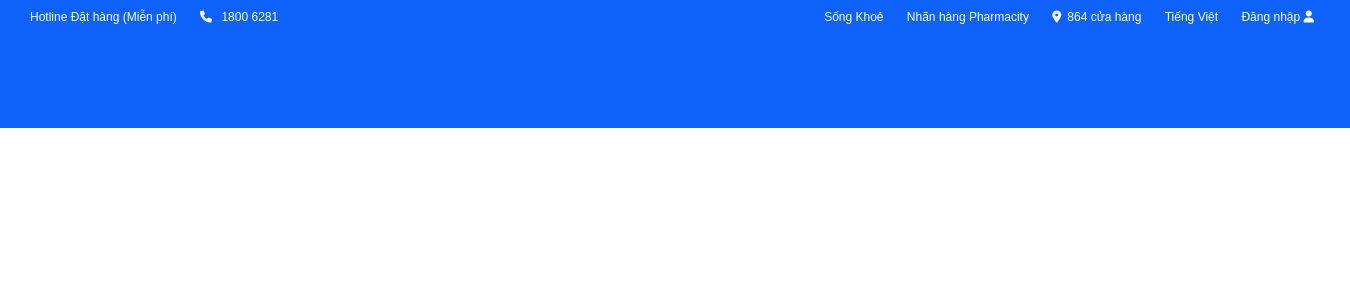
Repository: CGAnVil/case-module3-nhom6
Page: src/main/webapp/index.html
An editor plug-in stored every save of this project. The page is shown before and after the next save, followed by the edit.
The browser window is 1280 px wide. The page is 1350 px wide, so the pictures cover 1350 px, including what lies to the right of the window. The pictures show the whole page.

Above is the page before, as saved 2022-03-08 16:04:39.

### src/main/webapp/index.html
<!DOCTYPE html>
<html lang="en">

<head>
    <meta charset="UTF-8">
    <meta http-equiv="X-UA-Compatible" content="IE=edge">
    <meta name="viewport" content="width=device-width, initial-scale=1.0">
    <link rel="stylesheet" href="https://cdnjs.cloudflare.com/ajax/libs/font-awesome/6.0.0/css/all.min.css" integrity="sha512-9usAa10IRO0HhonpyAIVpjrylPvoDwiPUiKdWk5t3PyolY1cOd4DSE0Ga+ri4AuTroPR5aQvXU9xC6qOPnzFeg==" crossorigin="anonymous" referrerpolicy="no-referrer">
    <link rel="stylesheet" href="./style.css">
    <title>Document</title>
</head>

<body>
    <div class="container">
        <div class="header">
            <div class="header-top">
                <div class="header-top-left">
                    <a href="#">Hotline Đặt hàng (Miễn phí)</a>
                    <a href="tel: 1800 6281">
                        <i class="fa-solid fa-phone"></i> 1800 6281
                    </a>
                </div>
                <div class="header-top-right">
                    <a href="#">Sống Khoẻ</a>
                    <a href="#">Nhãn hàng Pharmacity</a>
                    <a href="#">
                        <i class="fa-solid fa-location-dot"></i>864 cửa hàng
                    </a>
                    <a href="#">Tiếng Việt</a>
                    <a href="#">
                    Đăng nhập
                    <i class="fa-solid fa-user"></i>
                </a>
                </div>
            </div>
            <div class="header-middle"></div>
            <div class="header-bottom"></div>
        </div>
    </div>
</body>

</html>

### src/main/webapp/style.css
* {
    padding: 0;
    margin: 0;
    box-sizing: border-box;
}

body {
    font-family: sans-serif;
}

a {
    text-decoration: none;
}

.header {
    background: #0f62f9;
    width: 1350px;
    height: 128px;
    font-size: 12px;
}

.header-top {
    display: flex;
    justify-content: space-between;
    align-items: center;
    padding: 10px 20px;
}

.header .header-top a {
    color: #fff;
    padding: 10px;
}

.header .header-top a i {
    padding-right: 6px;
}

.header-top-left {
    display: block;
}

After the next save:
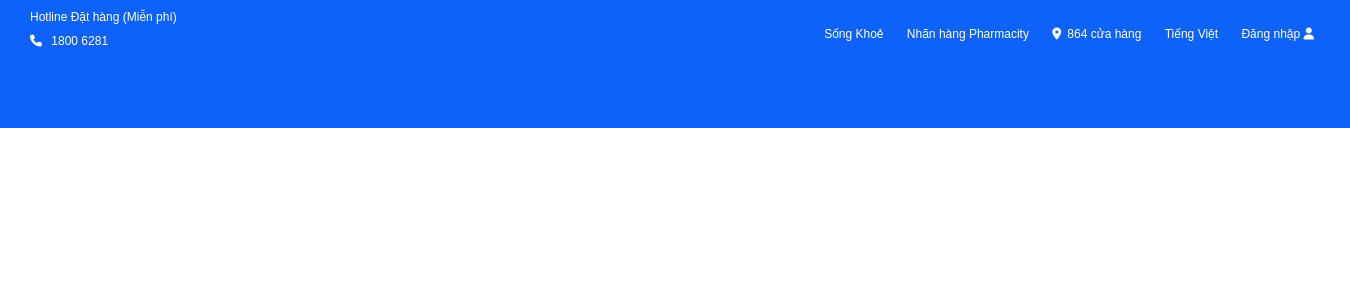
Saved 17 s later.
--- a/src/main/webapp/style.css
+++ b/src/main/webapp/style.css
@@ -35,6 +35,6 @@
     padding-right: 6px;
 }
 
-.header-top-left {
+.header-top-left a:nth-child(2) {
     display: block;
 }

After the save that followed:
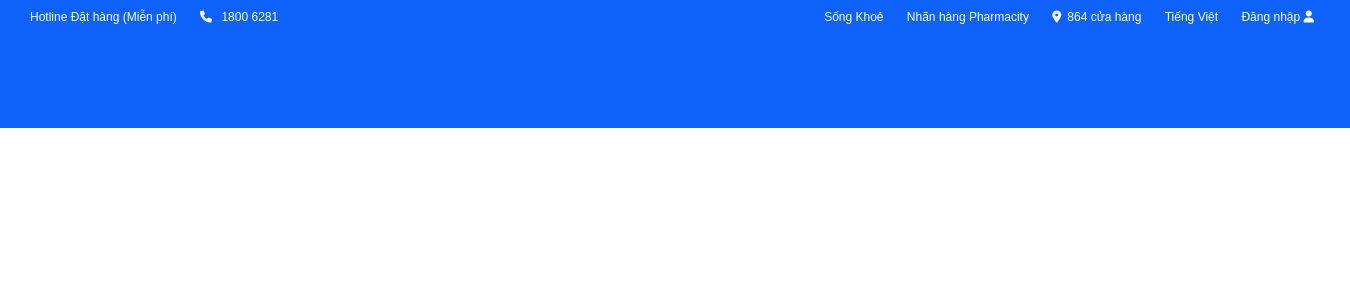
Saved 4 s later.
--- a/src/main/webapp/style.css
+++ b/src/main/webapp/style.css
@@ -35,6 +35,4 @@
     padding-right: 6px;
 }
 
-.header-top-left a:nth-child(2) {
-    display: block;
-}
+.header-top-left a:nth-child(2) {}
